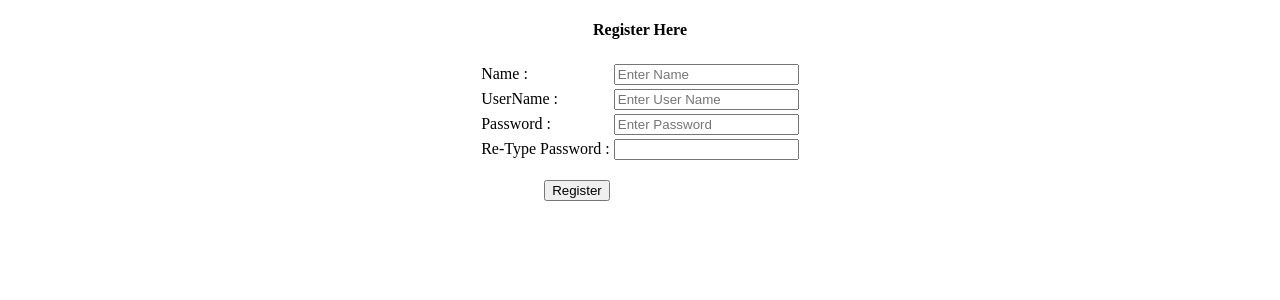
Repository: ShegokarSneha/Login-Registration
Page: http://localhost/LoginRegistration/Register.jsp
These files come from the project's save history. The page is drawn as it stood at one moment and after the next save; the edit follows.
The browser window is 1280 px wide. The pictures show the whole page.
The page is served by Tomcat 9. Other server files are loaded and not shown.

Above is the page before, as saved 2019-07-09 04:40:38.

### LoginRegistration/WebContent/Register.jsp
<%@ page language="java" contentType="text/html; charset=UTF-8"
	pageEncoding="UTF-8"%>
<!DOCTYPE html>
<html>
<head>
<meta charset="UTF-8">
<title>Insert title here</title>
</head>
<body>
	<center>
	<h4>Register Here</h4>
		<form action="Registration">
			<table>

				<tr>
					<td>Name :</td>
					<td><input type="text" name="name"
					placeholder = "Enter Name"></td>
				<tr>
					<td>UserName :</td>
					<td><input type="text" name="username"
					placeholder = "Enter User Name"></td>
				<tr>
					<td>Password :</td>
					<td><input type="password" name="password"
					placeholder = "Enter Password"></td>
				<tr>
					<td>Re-Type Password :</td>
					<td><input type="password" name="password"></td>
				<tr>
					<td><p align="right">
							<input type="Submit" name="Submit" value="Register">
						</p></td>
			</table>
		</form>
	</center>
</body>
</html>

After the next save:
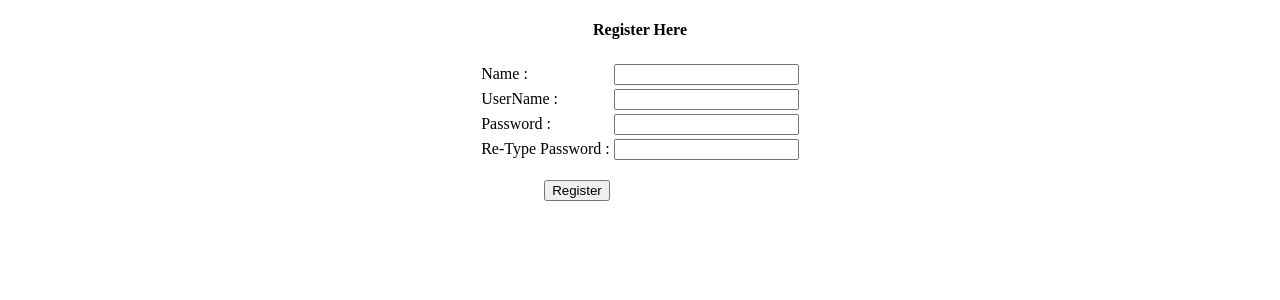
Saved 72 s later.
--- a/LoginRegistration/WebContent/Register.jsp
+++ b/LoginRegistration/WebContent/Register.jsp
@@ -14,16 +14,13 @@
 
 				<tr>
 					<td>Name :</td>
-					<td><input type="text" name="name"
-					placeholder = "Enter Name"></td>
+					<td><input type="text" name="name"></td>
 				<tr>
 					<td>UserName :</td>
-					<td><input type="text" name="username"
-					placeholder = "Enter User Name"></td>
+					<td><input type="text" name="username"></td>
 				<tr>
 					<td>Password :</td>
-					<td><input type="password" name="password"
-					placeholder = "Enter Password"></td>
+					<td><input type="password" name="password"></td>
 				<tr>
 					<td>Re-Type Password :</td>
 					<td><input type="password" name="password"></td>
